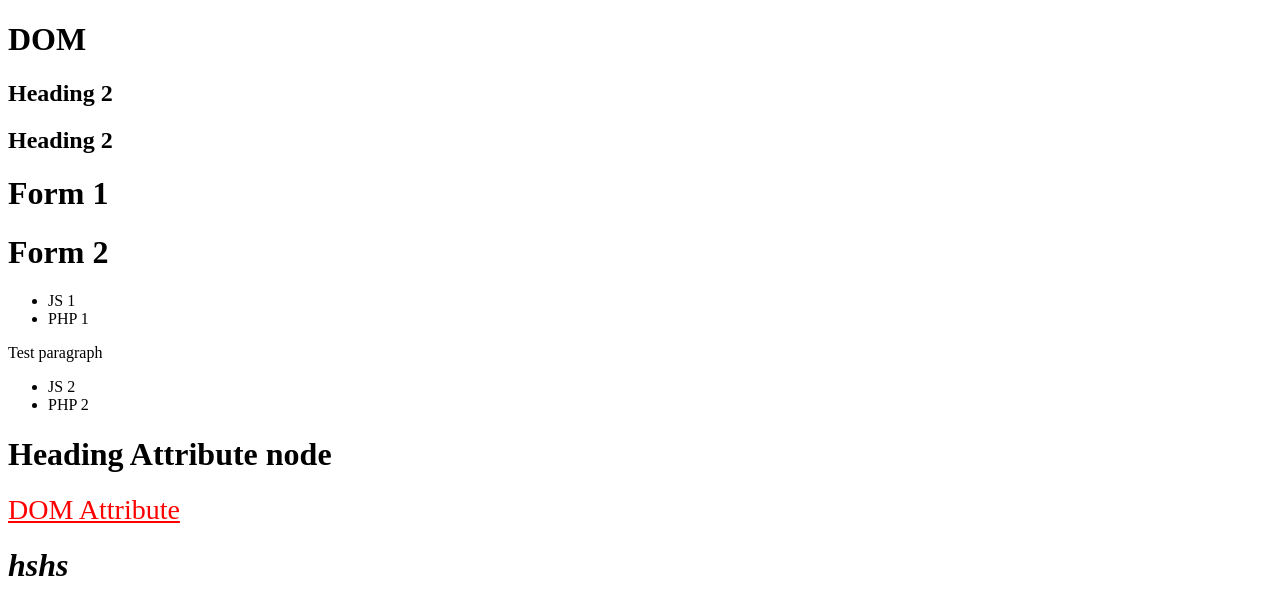
Repository: tannv3201/learn_JS_F8
Page: DOM/index.html
An editor plug-in stored every save of this project. The page is shown before and after the next save, followed by the edit.
The browser window is 1280 px wide. The pictures show the whole page.

Above is the page before, as saved 2022-08-06 23:06:23.

### DOM/index.html
<!DOCTYPE html>
<html lang="en">

<head>
  <meta charset="UTF-8" />
  <meta http-equiv="X-UA-Compatible" content="IE=edge" />
  <meta name="viewport" content="width=device-width, initial-scale=1.0" />
  <title>DOM</title>
</head>

<body>
  <h1 id="heading">DOM</h1>
  <h2 class="sub-heading"></h2>
  <h2 class="sub-heading"></h2>
  <h2 class="sub-heading"></h2>
  <p></p>
  <p></p>
  <div class="box">
    <h2 class="heading-2">Heading 2</h2>
    <h2 class="heading-2">Heading 2</h2>
  </div>

  <form action="" id="form1">
    <h1>Form 1</h1>
  </form>
  <form action="" id="form2">
    <h1>Form 2</h1>
  </form>

  <a href="" name="youtube"></a>

  <div class="box-1">
    <ul>
      <li>JS 1</li>
      <li>PHP 1</li>
    </ul>
    <p>Test paragraph</p>
  </div>
  <div class="box-2">
    <ul>
      <li>JS 2</li>
      <li>PHP 2</li>
    </ul>
  </div>

  <div class="box-attr">
    <h1 id="heading-attr" class="heading-attr" title="Heading">
      Heading Attribute node
    </h1>
  </div>

  <a id="dom-attr">
    DOM Attribute
  </a>

  <h1 class="heading-innertext">
    Heading Text
    <style>
      .boxx {
        width: 100px;
        height: 100px;
      }
    </style>
  </h1>

  <script src="./main.js"></script>
</body>

</html>

### DOM/main.js
/**
 * DOM:
  Là quy chuẩn mô tả mô hình của các thành phần trong tài liệu HTML được đưa ra bởi W3C.
 - DOM (Document Object Model) có 3 thành phần:
    1. Element
    2. Attribute
    3. Text
 */

/**
 * DOM API
 Là bộ API nằm trong Web API có mặt trên những môi trường hỗ trợ duyệt web - như trên trình duyệt. DOM API cung cấp các đối tượng và phương thức hỗ trợ truy xuất, chỉnh sửa các đối tượng / thành phần trong DOM.
 */

/**
 * JS cung cấp phương tiện truy xuất HTML DOM
 * JS: Brower | Server (NodeJS)
 * Brower: HTML -> DOM -> DOM API
 * API: Application Programming Interface
 */

/**
 * Document object
 */

// Get element methods
// ID
// var headingNode = document.getElementById('heading')
// console.log(headingNode)

// query selector
var headingNode = document.querySelector('.box .heading-2:nth-child(2)')
console.log('querySelector', headingNode)

var headingNodes = document.querySelectorAll('.heading-2')
console.log('querySelectorAll', headingNodes)
console.log('querySelectorAll[]',headingNodes[0])

// Collection (a, form, images, ...)
console.log('document.forms[\'form1\']',document.forms['form1'])
console.log('document.forms',document.forms)
console.log('document.forms.form2', document.forms.form2)
console.log('document.anchors',document.anchors) // trả về các thẻ a có attribute name=""


// class: lấy ra số nhiều (mảng)
var subHeadingNodes = document.getElementsByClassName('sub-heading')
console.log('getElementsByClassName', subHeadingNodes)

// tag : tương tự như class
var tagName = document.getElementsByTagName('p')
console.log(tagName)


// Ví dụ
var boxNode =
    document.querySelector('.box-1');
// Công việc 1: sử dụng `boxNode`
console.log(boxNode)

// Công việc 2: sử dụng tới các li element là con của `.box-1`
console.log(boxNode.querySelectorAll('li'))
console.log(boxNode.querySelector('p'))

// 1. getElementById: trả về trực tiếp Element
// 2. getElementsByClassName: trả về HTMLCollection (mảng), muốn get Element phải dùng index []
console.log('querySelectorAll[]',headingNodes[0])
// 3. getElementsByTagName: trả về HTMLCollection (mảng)
// 4. querySelector: trả về trực tiếp Element
// 5. querySelectorAll: trả về NodeList
// 6. HTML Collection (form, a, images, ...)
console.log('document.forms',document.forms)
console.log('document.forms[\'form1\']',document.forms['form1'])
console.log('document.forms[O]',document.forms[0])
console.log('document.forms.form2', document.forms.form2)

// 7. document.write: in ra ngay sau khi được thực thi

//*******************************************************************

// Attribute node & Text node
// Được lấy ra từ node Element

// ******************************************************************
// DOM attributes

// seter: set giá trị bằng toán tử gán
var domAttr = document.querySelector('#dom-attr')
domAttr.title = 'heading' //chỉ xuất hiện khi js được thực thi
domAttr.className = 'className'
domAttr.href = '#'
console.log(domAttr)

// Set attribute không hợp lệ cho một Element nào đó (set tùy biến)
// setAttribute(tên attr, giá trị của attr)
domAttr.setAttribute('alt', '#')

// get value của attribute
// Được thêm HTML hay JS element tồn tại trong DOM -> đều có thể get được
//
console.log(domAttr.getAttribute('id'))
console.log(domAttr.getAttribute('title'))
console.log(domAttr.title) // chỉ dùng khi attribute hợp lệ
domAttr.setAttribute('style','font-size:28px; color:red;')


// *****************************************************************
// InnerText vs textContent Property

// innerText: là thuộc tính của ElementNode (phải đi qua Node này)
// innerText: chỉ hiểu là đoạn text
// Chỉ lấy ra những gì hiển thị trên trình duyệt
var headingElement = document.querySelector('.heading-innertext')
console.log('inner Text: ',headingElement.innerText)
// headingElement.innerText = 'New Heading'

// textContent
// Bỏ qua các tag nhưng vẫn Lấy ra khoảng cách thực sự của Element, kể cả là css
console.log('text Content: ',headingElement.textContent)
 headingElement.innerHTML = '<i>hshs</i>'
console.log('inner Text: ',headingElement.innerText)

After the next save:
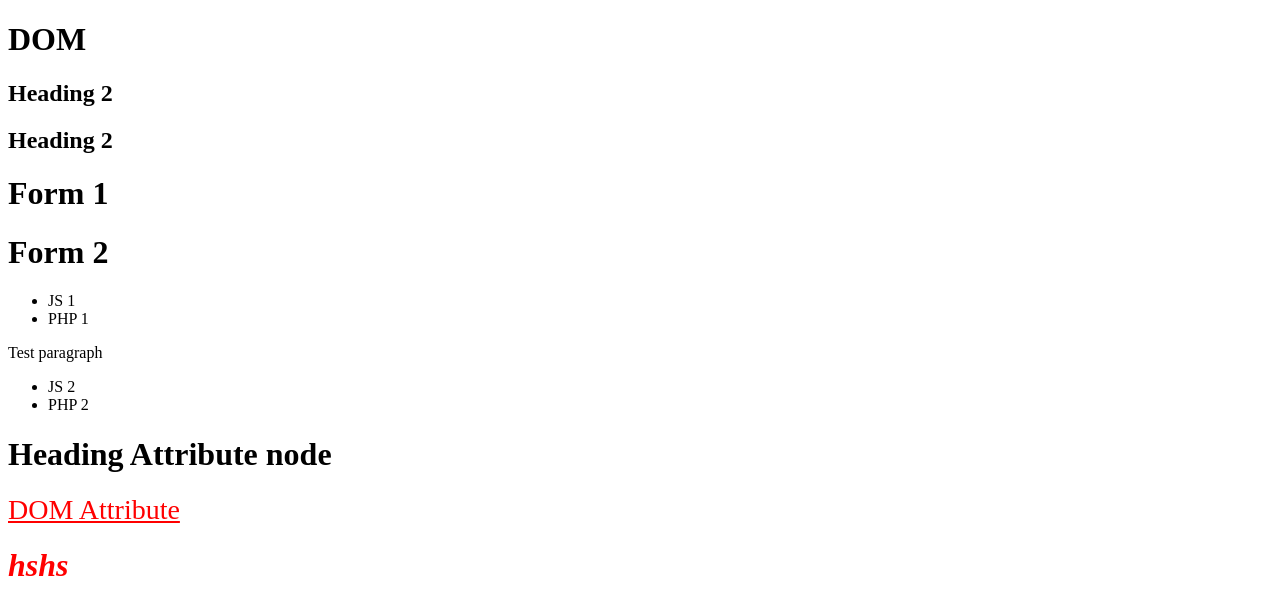
Saved 13 s later.
--- a/DOM/main.js
+++ b/DOM/main.js
@@ -117,5 +117,5 @@ console.log('inner Text: ',headingElement.innerText)
 // textContent
 // Bỏ qua các tag nhưng vẫn Lấy ra khoảng cách thực sự của Element, kể cả là css
 console.log('text Content: ',headingElement.textContent)
- headingElement.innerHTML = '<i>hshs</i>'
+ headingElement.innerHTML = '<i style="color:red;">hshs</i>'
 console.log('inner Text: ',headingElement.innerText)
